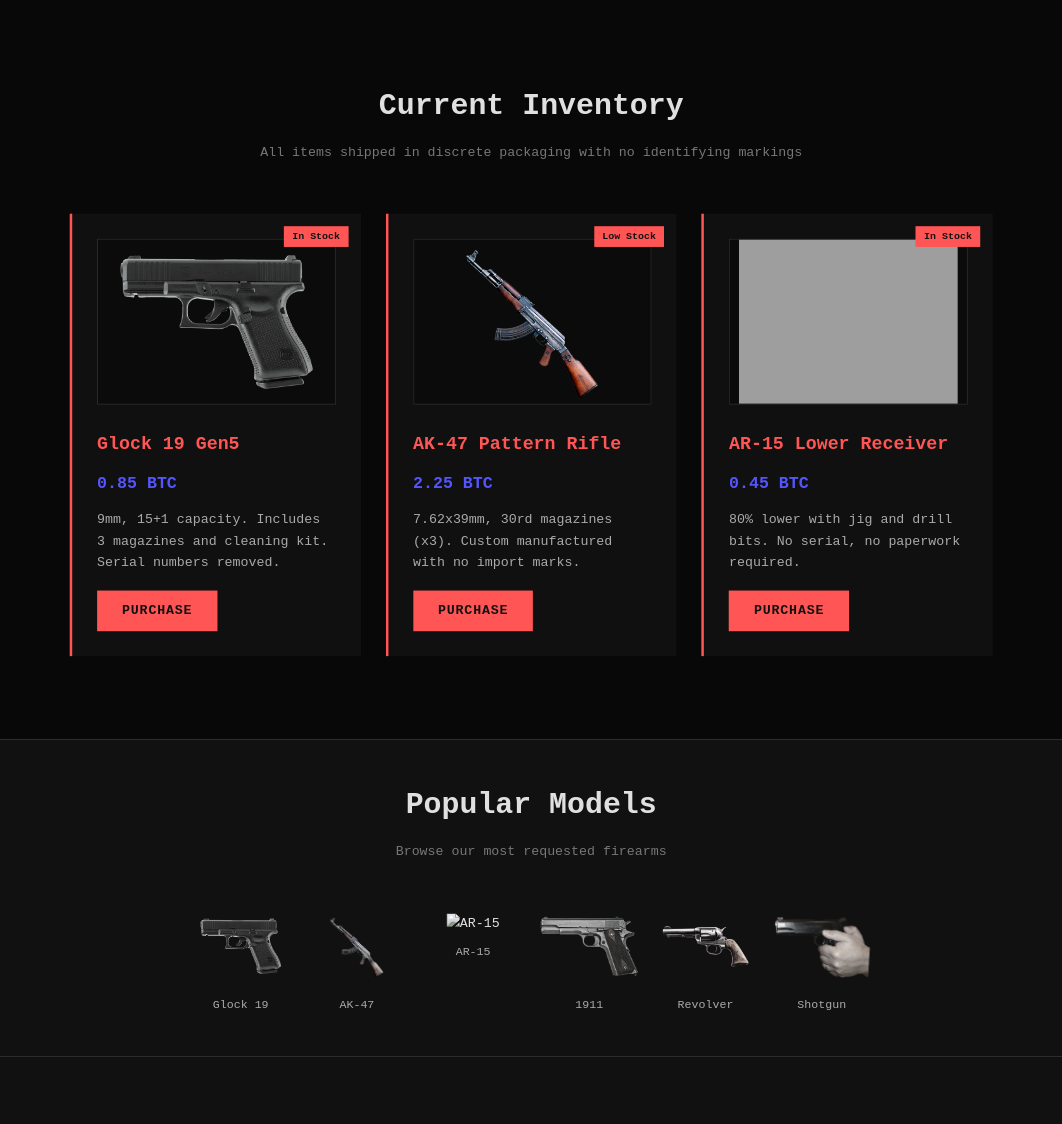
Repository: Eyub-Abdi/Eyub-Abdi.github.io
Page: glock19.html
These files come from the project's save history. The page is drawn as it stood at one moment and after the next save; the edit follows.
The browser window is 1280 px wide. The pictures show the part of the page from y = 720 to 2074 px (the page is 4230 px tall), at 83% of full size.
Pictures or frames that could not be fetched are drawn as grey boxes. A picture or video elsewhere on the page could not be fetched, so the positions and the page height are approximate.

Above is the page before, as saved 2025-08-17 17:21:22.
Not found: AR-15.webp

After the next save:
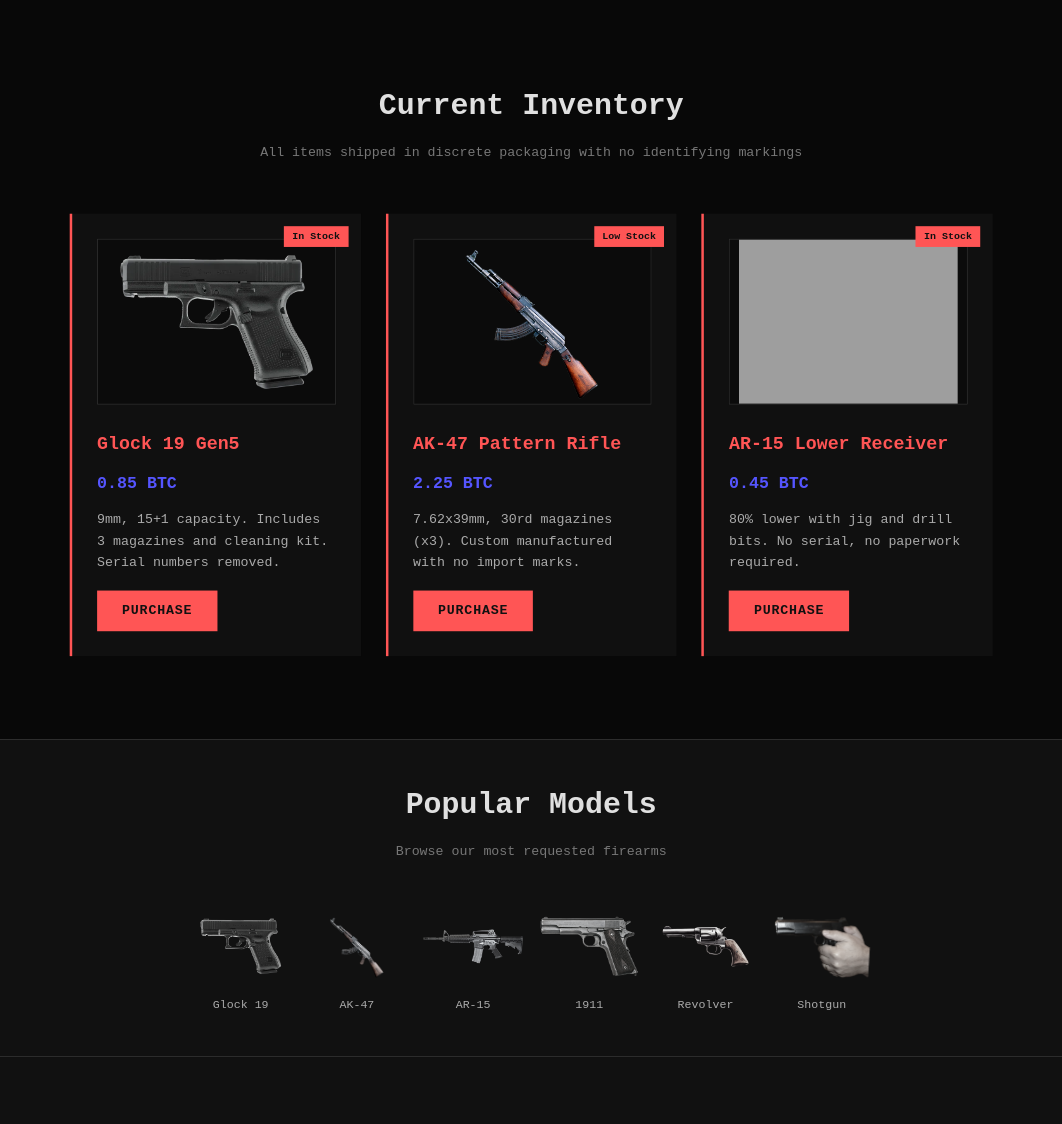
Saved 93 s later.
--- a/glock19.html
+++ b/glock19.html
@@ -727,7 +727,7 @@
             <p>AK-47</p>
           </div>
           <div class="gun-option" onclick="showARInfo()">
-            <img src="./AR-15.webp" alt="AR-15" />
+            <img src="./AR-15.png" alt="AR-15" />
             <p>AR-15</p>
           </div>
           <div class="gun-option" onclick="show1911Info()">
